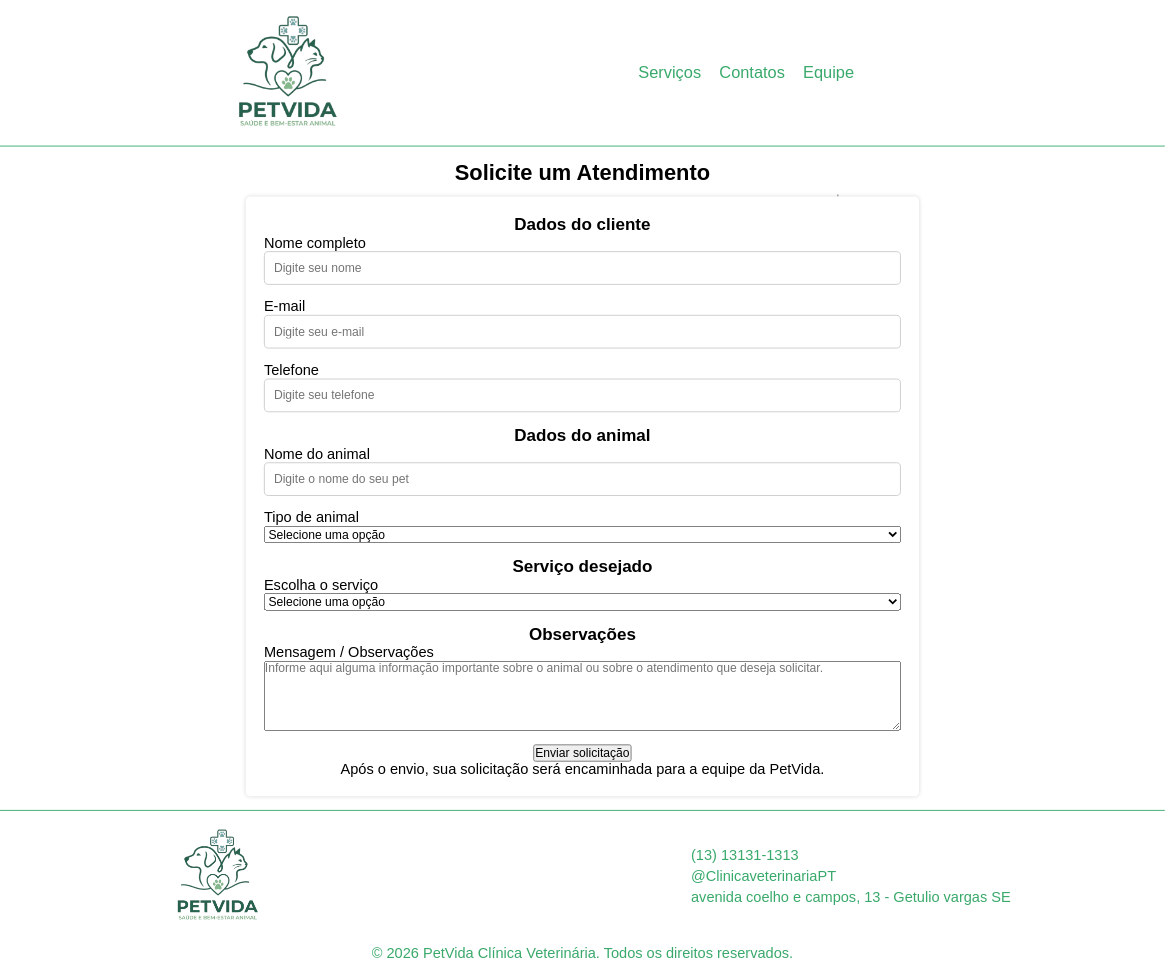
Repository: antonymsantana-design/Veterinario
Page: contatos.html
These files come from the project's save history. The page is drawn as it stood at one moment and after the next save; the edit follows.
The browser window is 1280 px wide. The pictures show the whole page, at 91% of full size.

Above is the page before, as saved 2026-10-03 19:10:38.

### contatos.html
<!doctype html>
<html lang="pt-br">
  <head>
    <meta charset="UTF-8" />
    <meta name="viewport" content="width=device-width, initial-scale=1.0" />
    <title>Cebola Hair</title>
    <link rel="stylesheet" href="style.css" />
    <script src="script3.js" defer></script>
  </head>
  <header>
    <div class="conteudoH" id="conteudoH">
      <div class="imagem" id="imagem">
        <img src="image/logo.png" alt="logo" class="logoIMG" id="logoIMG" />
      </div>
      <div class="direitaH">
        <div class="links" id="links">
          <a href="serviços.html" class="aLinks" id="servA">Serviços</a>
          <a href="CONTATOS.HTML" class="aLinks" id="contatosA">Contatos</a>
          <a href="Team.html" class="aLinks" id="contatosA">Equipe</a>
        </div>
      </div>
    </div>
  </header>

  <body>
    <h2 class="Our" id="servicosT">Solicite um Atendimento</h2>
    <hr />

    <div class="context">
    <form
      action="https://formsubmit.co/antony.m.santana@aluno.senai.br"
      method="POST"
    >

      <h3>Dados do cliente</h3>

      <div class="campo">
        <label for="nome">Nome completo</label>
        <input
          type="text"
          name="nome"
          id="nome"
          placeholder="Digite seu nome"
          required
        />
      </div>

      <div class="campo">
        <label for="email">E-mail</label>
        <input
          type="email"
          name="email"
          id="email"
          placeholder="Digite seu e-mail"
          required
        />
      </div>

      <div class="campo">
        <label for="telefone">Telefone</label>
        <input
          type="tel"
          name="telefone"
          id="telefone"
          placeholder="Digite seu telefone"
          required
        />
      </div>

      <h3>Dados do animal</h3>

      <div class="campo">
        <label for="animal">Nome do animal</label>
        <input
          type="text"
          name="animal"
          id="animal"
          placeholder="Digite o nome do seu pet"
          required
        />
      </div>

      <div class="campo">
        <label for="tipo">Tipo de animal</label>

        <select name="tipo_animal" id="tipo" required>
          <option value="">Selecione uma opção</option>
          <option value="Cachorro">Cachorro</option>
          <option value="Gato">Gato</option>
          <option value="Outro">Outro</option>
        </select>
      </div>

      <h3>Serviço desejado</h3>

      <div class="campo">
        <label for="servico">Escolha o serviço</label>

        <select name="servico" id="servico" required>
          <option value="">Selecione uma opção</option>
          <option value="Consulta veterinária">Consulta veterinária</option>
          <option value="Vacinação">Vacinação</option>
          <option value="Banho e tosa">Banho e tosa</option>
          <option value="Exames laboratoriais">Exames laboratoriais</option>
          <option value="Atendimento de emergência">
            Atendimento de emergência
          </option>
          <option value="Acompanhamento veterinário">
            Acompanhamento veterinário
          </option>
        </select>
      </div>

      <h3>Observações</h3>

      <div class="campo">
        <label for="mensagem">Mensagem / Observações</label>

        <textarea
          name="mensagem"
          id="mensagem"
          rows="5"
          placeholder="Informe aqui alguma informação importante sobre o animal ou sobre o atendimento que deseja solicitar."
        ></textarea>
      </div>

      <input
        type="hidden"
        name="_next"
        value="http://127.0.0.1:5500/sucsses.html"
      />

      <button type="submit" class="buto">Enviar solicitação</button>

      <p class="texto-form">
        Após o envio, sua solicitação será encaminhada para a equipe da PetVida.
      </p>
    </form>
    </div>
  </body>
  <footer id="footer">
    <div class="cimaF">
      <div class="direita">
        <img src="image/logo.png" alt="logo" class="logoIMGF" id="logoIMG" />
      </div>

      <div class="esquerda">
        <p>(13) 13131-1313</p>
        <p>@ClinicaveterinariaPT</p>
        <p>avenida coelho e campos, 13 - Getulio vargas SE</p>
      </div>
    </div>
    <div class="baixoF">
      <p>© 2026 PetVida Clínica Veterinária. Todos os direitos reservados.</p>
    </div>
  </footer>
</html>

### style.css
* {
  padding: 0px;
  margin: 0px;
  font-family: Arial, Helvetica, sans-serif;
}

header {
  background-color: #ffffff;
  height: 160px;
  display: flex;
  justify-content: center;
  align-items: center;
  border-bottom: 1px solid #39a96b;
}

.conteudoH {
  display: flex;
  justify-content: center;
  align-items: center;
  gap: 300px;
}

.imagem {
  margin-left: 20px;
  margin-top: 5px;
  display: flex;
  justify-content: center;
  align-items: center;
  gap: 30px;
  font-weight: 600;
  font-size: 22px;
}

.logoIMG {
  width: 170px;
  margin-bottom: 10px;
  cursor: pointer;
}

.logoH {
  color: white;
}

.links {
  display: flex;
  gap: 20px;
  justify-content: center;
  padding-right: 130px;
  font-size: 18px;
}

.links a {
  text-decoration: none;
  color: #39a96b;
  transition: 0.5s ease;
}

.aLinks:hover {
  transform: translateY(-5px);
  box-shadow: 0 4px 10px rgba(0, 0, 0, 0.15);
  background-color: #39a96b;
  color: #f5f5f5;
  border-radius: 5px;
  width: 120px;
  height: 30px;
  display: flex;
  justify-content: center;
  align-items: center;
}

.btnDiv {
  display: flex;
}

.btn {
  display: flex;
  justify-content: center;
  width: 140px;
  height: 50px;
  background-color: #22c55e;
  border: none;
  color: white;
  align-items: center;
  border-radius: 8px;
  transition: 0.3s ease;
  cursor: pointer;
  font-size: 14px;
}

.btn:hover {
  transform: translateY(-5px);
  box-shadow: 0 8px 15px rgba(0, 0, 0, 0.4);
}

.direitaH {
  display: flex;
  justify-content: center;
  align-items: center;
}

.conteudo {
  background-image: url(image/Cuidando\ de\ Quem\ Amamos.png);
  background-repeat: no-repeat;
  background-size: cover;
  background-position: center;
  height: 80vh;
  color: white;
}

.card {
  background-color: #fdeec7;
  width: 270px;
  height: 220px;
  display: flex;
  flex-direction: column;
  justify-content: center;
  align-items: center;
  border-radius: 5px;
}

.cards {
  display: flex;
  justify-content: center;
  gap: 40px;
  padding-top: 20px;
  padding-bottom: 20px;
}

.card h4 {
  color: #22c55e;
}

.icone {
  width: 120px;
  height: 120px;
  padding-bottom: 10px;
}

.Our {
  padding-top: 15px;
  text-align: center;
  padding-bottom: 10px;
}

hr {
  color: #22c55e;
  text-align: center;
  margin-left: 920px;
  margin-right: 920px;
}

.agendar {
  display: flex;
  justify-content: space-around;
  align-items: center;
  padding-bottom: 20px;
}

.form {
  background-color: #ecf2f7;
  width: 600px;
  height: 300px;
  border-radius: 7px;
  display: flex;
  justify-content: center;
  flex-direction: column;
}

.formCima {
  padding-top: 20px;
  display: flex;
  justify-content: center;
  align-items: center;
  flex-direction: column;
}

.quadrado {
  display: grid;
  justify-content: center;
  grid-template-columns: repeat(2, 200px);
  gap: 30px;
  column-gap: 70px;
  margin-right: 40px;
}

.esq {
  font-size: 25px;
}

footer {
  display: flex;
  justify-content: center;
  align-items: center;
  flex-direction: column;
  background-color: #ffffff;
  color: #39a96b;
  border-top: 1px solid #39a96b;
}

.AbH2 {
  padding-left: 20px;
  padding-right: 20px;
  padding-bottom: 10px;
  padding-top: 10px;
  text-align: center;
}

.AbH3 {
  padding-left: 20px;
  padding-right: 20px;
  padding-bottom: 10px;
  padding-top: 10px;
  text-align: center;
  margin-left: 425px;
  margin-right: 425px;
}

.topc {
  display: flex;
  justify-content: center;
  align-items: center;
  flex-direction: column;
  text-align: center;
  max-width: 350px;
}

.topics {
  display: flex;
  justify-content: center;
  gap: 100px;
  padding-bottom: 25px;
}

.topcIMG {
  width: 290px;
  height: 260px;
  border-radius: 25px;
  cursor: pointer;
  padding-bottom: 10px;
  padding-top: 10px;
}

.topcH {
  padding-bottom: 10px;
}

.cimaF {
  display: flex;
  justify-content: center;
  gap: 450px;
  align-items: center;
  margin-bottom: 4px;
}

.logoIMGF {
  width: 140px;
  cursor: pointer;
}

.esquerda {
  display: flex;
  flex-direction: column;
  gap: 5px;
}

.formu {
  width: 240px;
  height: 30px;
  border-radius: 5px;
  border: none;
}

.forms {
  width: 500px;
  height: 30px;
  border-radius: 5px;
  border: none;
}

.agendarbtn {
  display: flex;
  justify-content: center;
  align-items: center;
  width: 512px;
  height: 40px;
  background-color: #22c55e;
  border: none;
  color: white;
  border-radius: 8px;
  transition: 0.3s ease;
  cursor: pointer;
  margin-top: 15px;
}

.agendarbtn:hover {
  transform: translateY(-5px);
}

.btnAgendar {
  display: flex;
  justify-content: center;
  align-items: center;
}

/*pagina de serviços*/

.primeiro {
  background-color: #f0f9f4;
  width: 300px;
  padding-bottom: 13px;
  margin-left: 20px;
  text-align: center;
  padding-top: 13px;
  flex-wrap: wrap;
  border-radius: 15px;
}

.cards {
  display: grid;
  justify-content: center;
  grid-template-columns: repeat(3, 400px);
  gap: 50px;
  padding-bottom: 15px;
}
.cards .primeiro img {
  width: 250px;
  height: 250px;
  border-radius: 15px;
}
h1 {
  text-align: center;
  margin-top: 20px;
  margin-bottom: 20px;
}
.texto {
  color: #3c2415;
}
.preco {
  color: #e4c8a4;
}

form {
  display: flex;
  flex-direction: column;
  align-items: center;
  justify-content: center;
  box-shadow: 0px 0px 5px rgba(0, 0, 0, 0.16);
  padding: 20px;
  width: 700px;
  margin: 0 auto;
  border-radius: 5px;
  margin-bottom: 15px;
}

.campo{
    display: flex;
    flex-direction: column;
    margin-bottom: 15px;
    width: 100%;
}

input{
    padding: 10px;
    border-radius: 5px;
    border: 1px solid #ccc;
}



/* celular */

@media (max-width: 768px) {
  /* header */
  header {
    height: auto;
    padding: 10px 0;
  }

  .conteudoH {
    flex-direction: column;
    padding-right: 0;
    gap: 15px;
  }

  .imagem {
    margin-left: 0;
    margin-top: 0;
    gap: 10px;
  }

  .logoIMG {
    width: 80px;
    height: 80px;
  }

  .logoH {
    font-size: 20px;
  }

  .direitaH {
    flex-direction: column;
    gap: 15px;
  }

  .links {
    padding-right: 0;
    font-size: 16px;
  }

  .conteudo {
    height: 400px;
  }

  .texto {
    padding-left: 25px;
    padding-right: 25px;
    height: 400px;
    font-size: 25px;
  }

  .texto small {
    font-size: 14px;
  }

  .Our {
    font-size: 25px;
  }

  hr {
    margin-left: 30%;
    margin-right: 30%;
  }

  .cards {
    flex-direction: column;
    align-items: center;
    gap: 20px;
  }

  .card {
    width: 80%;
    max-width: 270px;
  }

  .agendar {
    flex-direction: column;
    gap: 30px;
    padding: 30px 20px;
  }

  .esq {
    font-size: 18px;
    text-align: center;
  }

  .esq h1 {
    font-size: 28px;
  }

  .esq p {
    font-size: 15px;
  }

  .form {
    width: 100%;
    max-width: 600px;
    height: auto;
    padding: 20px 0;
  }

  .forms {
    width: 80%;
  }

  .quadrado {
    grid-template-columns: 1fr;
    gap: 15px;
    margin-right: 0;
  }

  .formu {
    width: 80%;
  }

  .quadrado > div {
    width: 100%;
    text-align: center;
  }

  .quadrado label {
    display: block;
    margin-bottom: 5px;
  }

  .agendarbtn {
    width: 80%;
  }

  footer {
    flex-direction: column;
    gap: 20px;
    padding: 20px;
    text-align: center;
  }

  .esquerda {
    align-items: center;
  }
}

Loaded but not shown: script3.js (no stored copy; drawn as an empty file)

After the next save:
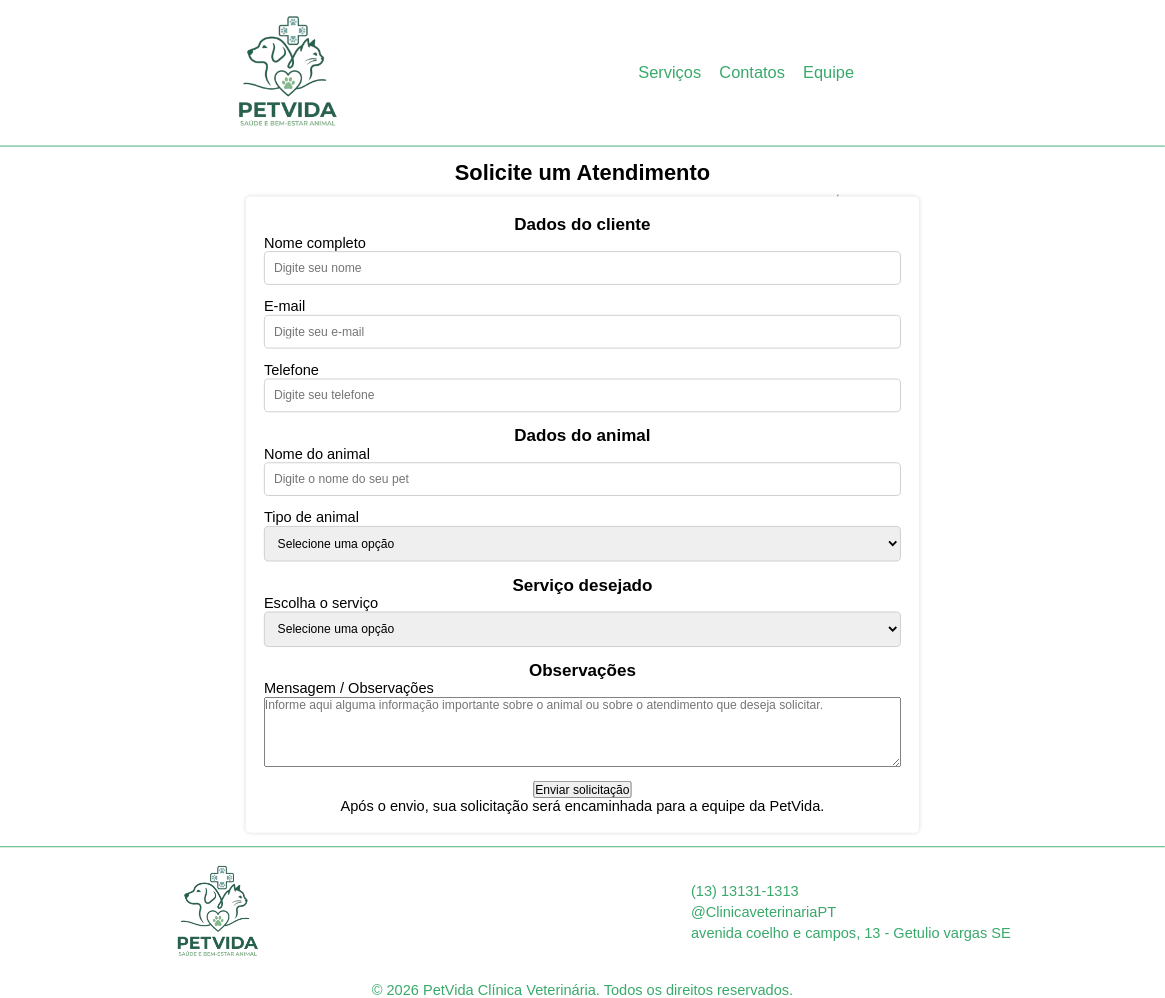
Saved 41 s later.
--- a/style.css
+++ b/style.css
@@ -359,7 +359,7 @@ form {
     width: 100%;
 }
 
-input{
+input, select{
     padding: 10px;
     border-radius: 5px;
     border: 1px solid #ccc;
